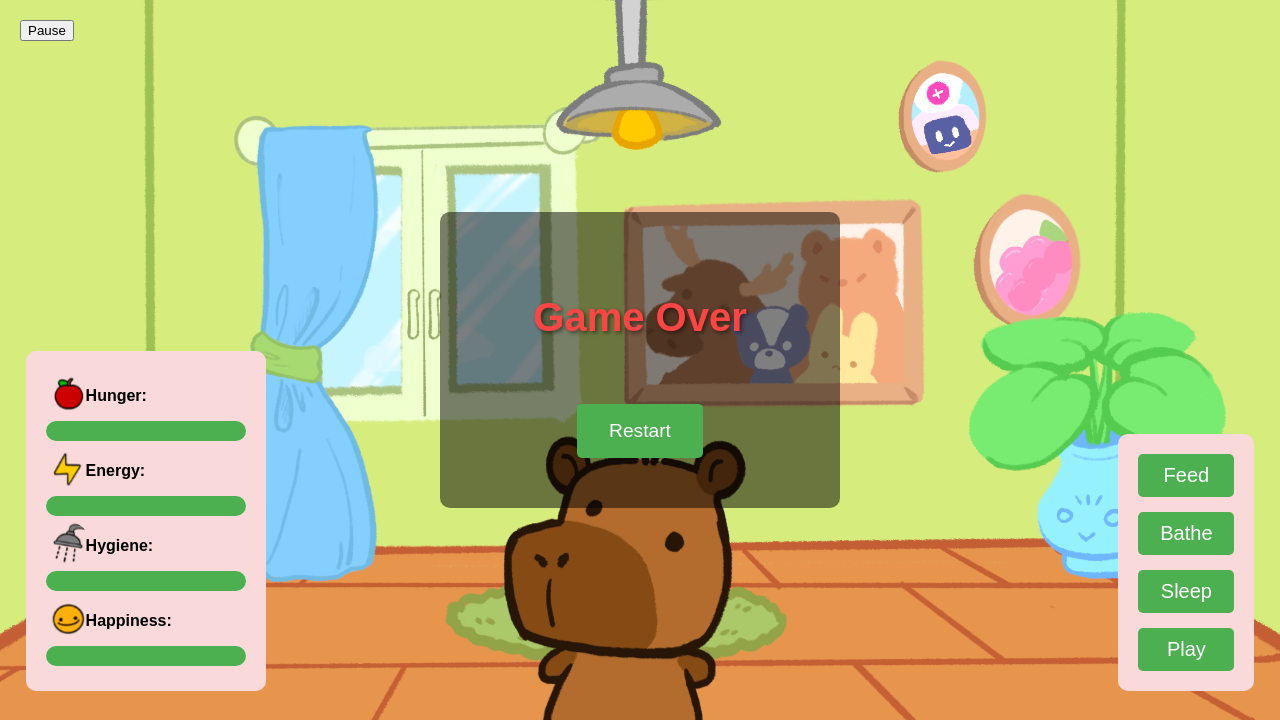
Repository: sarahjx/CapyCare
Page: html/index.html
These files come from the project's save history. The page is drawn as it stood at one moment and after the next save; the edit follows.
The browser window is 1280 px wide. The pictures show the whole page.
Some web fonts or font styles are not loaded; a fallback is used.

Above is the page before, as saved 2025-05-01 14:59:27.
Console error: TypeError: Cannot set properties of null (setting 'innerText')

After the next save:
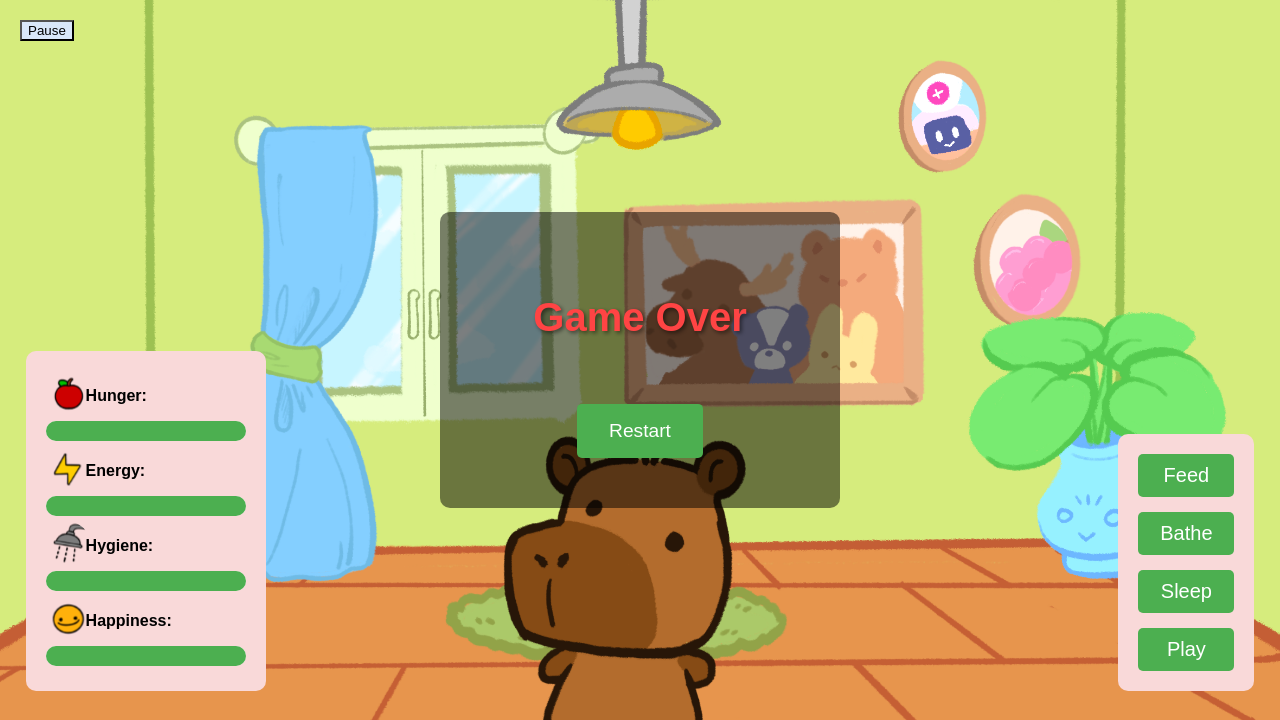
Saved 5 s later.
--- a/css/statusbar.css
+++ b/css/statusbar.css
@@ -151,7 +151,9 @@ body {
   background-color: var(--primary-color);
 }
 
-
+.pause-button {
+  background-color: var(--secondary-color);
+}
 
 .action-button:hover {
   background-color: #45a049;
